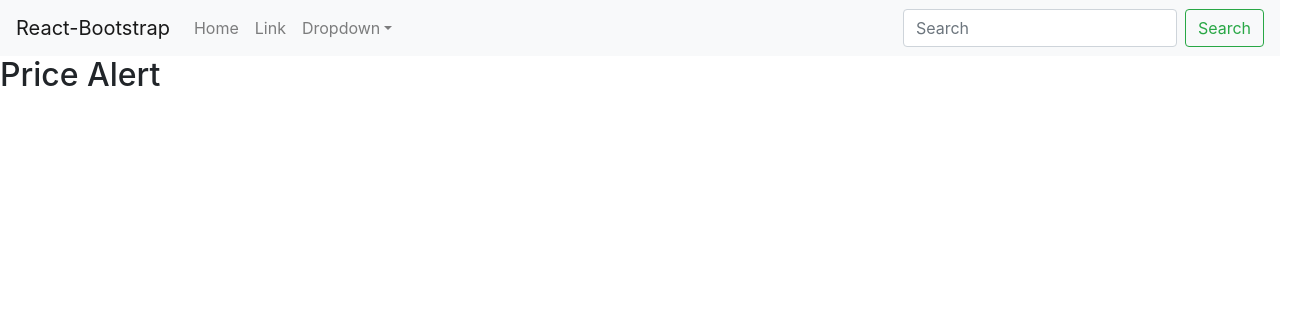
Repository: flychicken123/PriceAlertFront
Page: /
The author's editor kept a copy of each file at every save. The page is drawn from the files as they stood at one save, then again after a run of saves.
The browser window is 1280 px wide. The page is 1280 px wide, then 1295 px, so the pictures cover 1295 px, including what lies to the right of the window. The pictures show the whole page.
The project was rebuilt for these pictures with package versions that can differ from the ones it lists, and the page was loaded fresh each time. Also part of the build but not shown: src/App.css.

Above is the page before, as saved 2021-03-05 15:28:48.

### public/index.html
<!DOCTYPE html>
<html lang="en">
  <head>
    <meta charset="utf-8" />
    <link rel="icon" href="%PUBLIC_URL%/favicon.ico" />
    <meta name="viewport" content="width=device-width, initial-scale=1" />
    <meta name="theme-color" content="#000000" />
    <meta
      name="description"
      content="Web site created using create-react-app"
    />
    <link rel="apple-touch-icon" href="%PUBLIC_URL%/logo192.png" />
    <!--
      manifest.json provides metadata used when your web app is installed on a
      user's mobile device or desktop. See https://developers.google.com/web/fundamentals/web-app-manifest/
    -->
    <link rel="manifest" href="%PUBLIC_URL%/manifest.json" />
    <link
  rel="stylesheet"
  href="https://cdn.jsdelivr.net/npm/bootstrap@4.6.0/dist/css/bootstrap.min.css"
  integrity="sha384-B0vP5xmATw1+K9KRQjQERJvTumQW0nPEzvF6L/Z6nronJ3oUOFUFpCjEUQouq2+l"
  crossorigin="anonymous"
/>
    <!--
      Notice the use of %PUBLIC_URL% in the tags above.
      It will be replaced with the URL of the `public` folder during the build.
      Only files inside the `public` folder can be referenced from the HTML.

      Unlike "/favicon.ico" or "favicon.ico", "%PUBLIC_URL%/favicon.ico" will
      work correctly both with client-side routing and a non-root public URL.
      Learn how to configure a non-root public URL by running `npm run build`.
    -->
    <title>React App</title>
  </head>
  <body>
    <noscript>You need to enable JavaScript to run this app.</noscript>
    <div id="root"></div>
    <!--
      This HTML file is a template.
      If you open it directly in the browser, you will see an empty page.

      You can add webfonts, meta tags, or analytics to this file.
      The build step will place the bundled scripts into the <body> tag.

      To begin the development, run `npm start` or `yarn start`.
      To create a production bundle, use `npm run build` or `yarn build`.
    -->
  </body>
</html>

### src/App.js
import logo from './logo.svg';
import './App.css';
import { BrowserRouter as Router, Switch, Route } from 'react-router-dom';
import TopNavbar from './components/TopNavbar';
import Home from './components/Home';
const App = () => {
  return (
    <Router>
      <TopNavbar />
      <Switch>
        <Route path='/' component={Home} />
      </Switch>
    </Router>
  )
}

export default App;

### src/components/TopNavbar.jsx
import React, { Component } from 'react';
import { Button, Navbar, Nav, NavDropdown, Form, FormControl } from "react-bootstrap";
const TopNavbar = () => {
    return (
        <Navbar bg="light" expand="lg">
            <Navbar.Brand href="#home">React-Bootstrap</Navbar.Brand>
            <Navbar.Toggle aria-controls="basic-navbar-nav" />
            <Navbar.Collapse id="basic-navbar-nav">
                <Nav className="mr-auto">
                    <Nav.Link href="#home">Home</Nav.Link>
                    <Nav.Link href="#link">Link</Nav.Link>
                    <NavDropdown title="Dropdown" id="basic-nav-dropdown">
                        <NavDropdown.Item href="#action/3.1">Action</NavDropdown.Item>
                        <NavDropdown.Item href="#action/3.2">Another action</NavDropdown.Item>
                        <NavDropdown.Item href="#action/3.3">Something</NavDropdown.Item>
                        <NavDropdown.Divider />
                        <NavDropdown.Item href="#action/3.4">Separated link</NavDropdown.Item>
                    </NavDropdown>
                </Nav>
                <Form inline>
                    <FormControl type="text" placeholder="Search" className="mr-sm-2" />
                    <Button variant="outline-success">Search</Button>
                </Form>
            </Navbar.Collapse>
        </Navbar>
    )
};
export default TopNavbar

### src/components/Home.js
import React, { Component } from 'react';
const Home = () => {
    return (
        <div className='mainControl'>
            <container>
                <h2>Price Alert</h2>

            </container>
        </div>
    )
}
export default Home;

Loaded but not shown: src/index.js (common file); src/index.css (common file); src/reportWebVitals.js (common file)

After the next 2 saves:
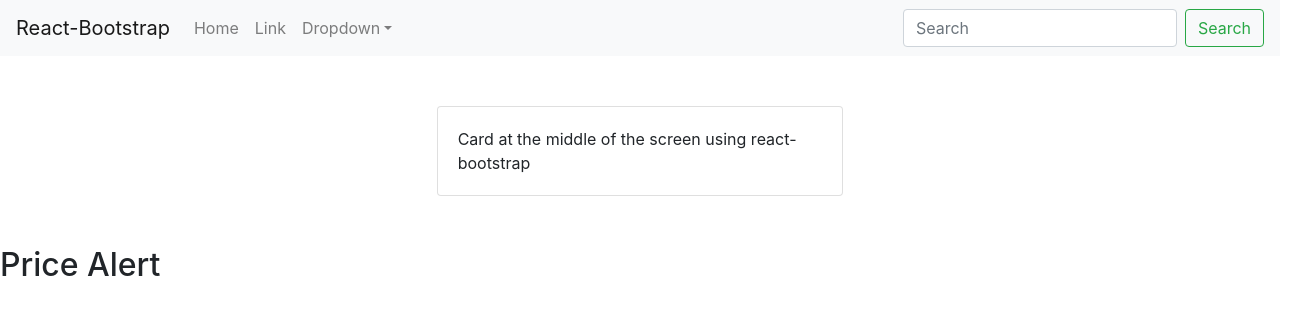
The 2 saves are shown as one change because 1 did not build or start.
The last was saved 67 min 1 s later.
--- a/src/components/Home.js
+++ b/src/components/Home.js
@@ -1,8 +1,18 @@
 import React, { Component } from 'react';
+import { Card, Row, Col } from 'react-bootstrap';
 const Home = () => {
     return (
         <div className='mainControl'>
             <container>
+                <Row>
+                    <Col />
+                    <Col>
+                        <Card style={{ marginTop: 50, marginBottom: 50 }}>
+                            <Card.Body>Card at the middle of the screen using react-bootstrap</Card.Body>
+                        </Card>
+                    </Col>
+                    <Col />
+                </Row>
                 <h2>Price Alert</h2>
 
             </container>
